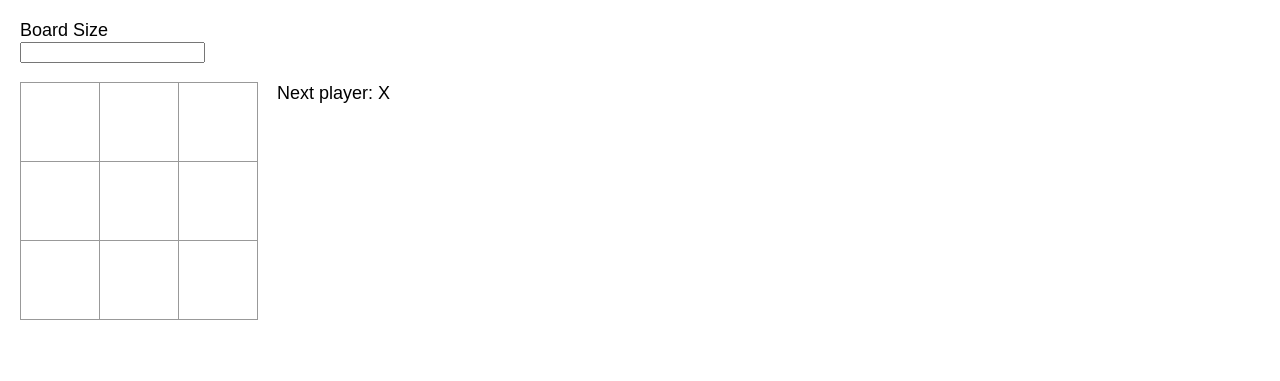
Repository: yshong211/tic-tac-toe-0708
Page: /
The author's editor kept a copy of each file at every save. The page is drawn from the files as they stood at one save, then again after the next save.
The browser window is 1280 px wide. The pictures show the whole page.
The project was rebuilt for these pictures with package versions that can differ from the ones it lists, and the page was loaded fresh each time.

Above is the page before, as saved 2020-07-07 16:40:17.

After the next save:
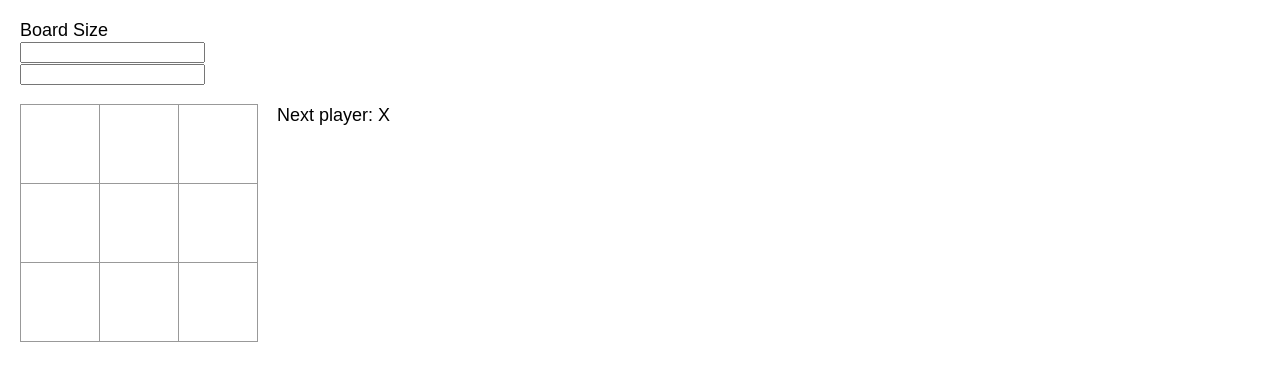
Saved 29 s later.
--- a/src/getDim.js
+++ b/src/getDim.js
@@ -22,7 +22,7 @@ export default class GetDim extends React.Component {
           <label>
             Board Size<br></br>
             <input type="int" value={this.state.value} onChange={this.handleChange} /><br></br>
-
+            <input type="int" value={this.state.value} onChange={this.handleChange} /><br></br>
 
           </label>
         </form>
